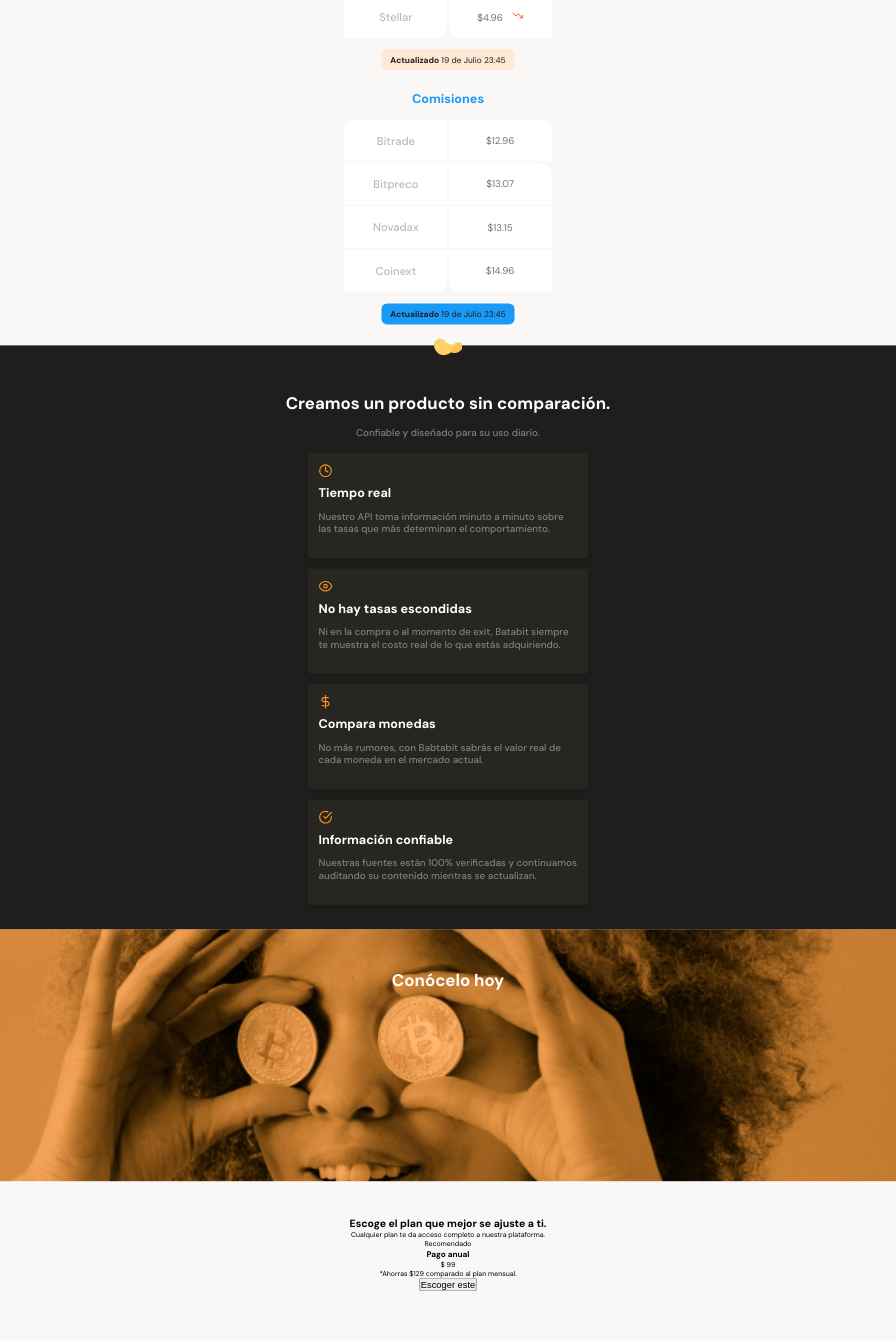
Repository: ChristianGecchelin/spa-full-css-html
Page: index.html
An editor plug-in stored every save of this project. The page is shown before and after the next save, followed by the edit.
The browser window is 1280 px wide. The pictures show the part of the page from y = 999 to 2919 px (the page is 2913 px tall before and 2919 px after), at 70% of full size.

Above is the page before, as saved 2021-11-29 21:10:48.

### index.html
<!DOCTYPE html>
<html lang="en">
  <head>
    <meta charset="UTF-8" />
    <meta http-equiv="X-UA-Compatible" content="IE=edge" />
    <meta name="viewport" content="width=device-width, initial-scale=1.0" />
    <title></title>
    <link rel="preconnect" href="https://fonts.googleapis.com" />
    <link rel="preconnect" href="https://fonts.gstatic.com" crossorigin />
    <link
      href="https://fonts.googleapis.com/css2?family=DM+Sans:wght@400;500;700&family=Inter:wght@300;500&display=swap"
      rel="stylesheet"
    />
    <link rel="stylesheet" href="./styles/styles.css" />
  </head>
  <!-- shift+alt+A para comentar -->
  <body>
    <header>
      <!-- Las etiquetas principales no necesitan ponerle clase porque solo hay una en el archivo -->
      <img src="./assets/img/logo.svg" alt="logo" />
      <div class="header--title-container">
        <h1>La próxima revolución en el intercambio de criptomonedas.</h1>
        <p>
          Batatabit te ayuda a navegar entre los diferentes precios y
          tendencias.
        </p>
        <a class="header--button" href="#plans"
          >Conoce Nuestros Planes <span></span
        ></a>
      </div>
    </header>
    <main>
      <section class="main-exchange-container">
        <div class="backgroundImg"></div>
        <div class="main-exchange-container--title">
          <h2>Visibilizamos todas las tasas de cambio.</h2>
          <p>
            Traemos información en tiempo real de las casas de cambio y las
            monedas más importantes del mundo.
          </p>
        </div>
        <section class="main-tables-container">
          <!-- creo otra seccion porque tengo mucha información para mostrar -->
          <div class="main-currency-table">
            <p class="currency-table--title">Monedas</p>
            <div class="currency-table--container">
              <table>
                <tr>
                  <!-- table row --><!-- table data, info de la tabla -->
                  <td class="table__top-left">Bitcoin</td>
                  <td class="table__top-right table__right">
                    $1.96 <span class="down"></span>
                  </td>
                </tr>
                <tr>
                  <td>Ethereum</td>
                  <td class="table__top-right table__right">
                    $0.07 <span class="up"></span>
                  </td>
                </tr>
                <tr>
                  <td>Ripple</td>
                  <td class="table__right">$2.17 <span class="down"></span></td>
                </tr>
                <tr>
                  <td class="table__bottom-left">Stellar</td>
                  <td class="table__bottom-right table__right">
                    $4.96 <span class="down"></span>
                  </td>
                </tr>
              </table>
            </div>
            <div class="currency-table--date">
              <p><b>Actualizado</b> 19 de Julio 23:45</p>
            </div>
          </div>
          <div class="main-comissions-table">
            <p class="comissions-table--title">Comisiones</p>
            <div class="comissions-table--container">
              <table>
                <tr>
                  <!-- table row --><!-- table data, info de la tabla -->
                  <td class="table__top-left">Bitrade</td>
                  <td class="table__top-right table__right">$12.96</td>
                </tr>
                <tr>
                  <td>Bitpreco</td>
                  <td class="table__top-right table__right">$13.07</td>
                </tr>
                <tr>
                  <td>Novadax</td>
                  <td class="table__right">$13.15</td>
                </tr>
                <tr>
                  <td class="table__bottom-left">Coinext</td>
                  <td class="table__bottom-right table__right">$14.96</td>
                </tr>
              </table>
            </div>
            <div class="comissions-table--date">
              <p><b>Actualizado</b> 19 de Julio 23:45</p>
            </div>
          </div>
        </section>
      </section>
      <section class="main-product-detail">
        <span class="product-detail--batata-logo"></span>
        <div class="product-detail--title">
          <h2>Creamos un producto sin comparación.</h2>
          <p>Confiable y diseñado para su uso diario.</p>
        </div>
        <section class="product-cards--container">
          <article class="product-detail--card">
            <span class="clock"></span>
            <p class="product--card-title">Tiempo real</p>
            <p class="product--card-body">
              Nuestro API toma información minuto a minuto sobre las tasas que
              más determinan el comportamiento.
            </p>
          </article>
          <article class="product-detail--card">
            <span class="eye"></span>
            <p class="product--card-title">No hay tasas escondidas</p>
            <p class="product--card-body">
              Ni en la compra o al momento de exit, Batabit siempre te muestra
              el costo real de lo que estás adquiriendo.
            </p>
          </article>
          <article class="product-detail--card">
            <span class="dollar"></span>
            <p class="product--card-title">Compara monedas</p>
            <p class="product--card-body">
              No más rumores, con Babtabit sabrás el valor real de cada moneda
              en el mercado actual.
            </p>
          </article>
          <article class="product-detail--card">
            <span class="check"></span>
            <p class="product--card-title">Información confiable</p>
            <p class="product--card-body">
              Nuestras fuentes están 100% verificadas y continuamos auditando su
              contenido mientras se actualizan.
            </p>
          </article>
        </section>
      </section>
      <section class="bitcoin-img-container">
        <h2>Conócelo hoy</h2>
      </section>
      <section id="plans" class="main-plans-container">
        <div class="plans--title">
          <h2>Escoge el plan que mejor se ajuste a ti.</h2>
          <p>Cualquier plan te da acceso completo a nuestra plataforma.</p>
        </div>
        <section class="plans-container--slider">
          <article class="plans-container--card">
            <p>Recomendado</p>
            <div>
              <h3>Pago anual</h3>
              <p><span>$</span> 99</p>
              <p>*Ahorras $129 comparado al plan mensual.</p>
              <button>Escoger este <span></span></button>
            </div>
          </article>
        </section>
      </section>
    </main>
    <footer></footer>
  </body>
</html>

### styles/styles.css
/* shift+alt+A para comentar */
/*  1° estilos relacionados a posicionamiento
    2° Modelo de caja (box model width height lo que da dimensión)
    3° Tipografías
    4° Visuales (sombras)
    5° Otros */
:root {
  /* colores (creo variables para no andar buscando los codigos */
  --bitcoin-orange: #f7931a;
  --soft-orange: #ffe9d5;
  --secondary-blue: #1a9af7;
  --soft-blue: #e7f5ff;
  --warm-black: #201e1c;
  --black: #282623;
  --grey: #bababa;
  --off-white: #faf8f7;
  --just-white: #fff;
}
* {
  box-sizing: border-box;
  margin: 0;
  padding: 0;
}
html {
  font-size: 62.5%;
  font-family: "DM Sans", sans-serif;
}
header {
  position: relative;
  display: flex;
  flex-direction: column;
  justify-content: center;
  width: 100%;
  min-width: 320px; /* dimensión más chica en moviles */
  height: 334px;
  text-align: center;
  background: linear-gradient(
    207.8deg,
    #201e1c 16.69%,
    #f7931a 100%
  ); /* el fondo con gradiente */
}
header img {
  width: 150px;
  height: 24px;
  margin-top: 60px;
  align-self: center; /* alineo al hijo (el padre debe tener flex) este caso es alineado horizontal porque el flex-direction es column */
}
.header--title-container {
  width: 90%; /* ocupa el 90% entre 288 y 900px */
  min-width: 288px;
  max-width: 900px;
  height: 218px;
  margin-top: 40px;
  text-align: center;
  align-self: center; /* centro el contenedor */
}
.header--title-container h1 {
  font-size: 2.4rem;
  font-weight: 700;
  line-height: 2.6rem;
  color: var(
    --just-white
  ); /* llamo la variable que cree en root para los colores */
}
.header--title-container p {
  margin-top: 25px;
  font-size: 1.4rem;
  font-weight: 500;
  line-height: 1.8rem;
  color: var(--soft-orange);
}
.header--title-container .header--button {
  position: absolute;
  top: 270px;
  left: calc(
    50% - 118px
  ); /* es importante dejar espacios entre el signo menos y los valores */
  display: block;
  margin-top: 35px;
  padding: 15px;
  width: 229px;
  height: 48px;
  background-color: var(--off-white);
  font-size: 1.4rem;
  font-weight: 700;
  text-decoration: none;
  color: var(--black);
  /* sombras */
  box-shadow: 0px 4px 8px rgba(89, 73, 30, 0.16);
  border: none;
  border-radius: 5px;
}
.header--button span {
  display: inline-block;
  width: 13px;
  height: 8px;
  margin-left: 10px;
  background-image: url(../assets/icons/down-arrow.svg);
}
main {
  width: 100%;
  height: auto;
  background-color: var(--off-white);
  min-width: 320px;
}
.main-exchange-container {
  width: 100%;
  height: auto;
  padding-top: 80px;
  padding-bottom: 30px;
  text-align: center;
}
.main-exchange-container--title {
  width: 90%;
  min-width: 288px;
  max-width: 900px;
  margin: 0 auto;
}
.main-exchange-container .backgroundImg {
  /* le tengo que dar dimensiones porque en el html la imagen no existe */
  width: 200px;
  height: 200px;
  margin: 0 auto;
  margin-bottom: 50px;
  background-image: url(../assets/img/Bitcoin.svg);
  background-size: cover;
  background-position: center;
  background-repeat: no-repeat; /* con estas propiedades de background garantizo que la imagen siempre va a estar centrada y que ocupe el espacio correcto */
}
.main-exchange-container h2 {
  margin-bottom: 30px;
  font-size: 2.4rem;
  font-weight: 700;
  line-height: 2.6rem;
  color: var(--black);
}
.main-exchange-container p {
  margin-bottom: 30px;
  font-size: 1.4rem;
  font-weight: 500;
  line-height: 1.6rem;
  color: #757575;
}
.main-currency-table .main-comissions-table {
  width: 70%;
  min-width: 235px;
  max-width: 500px;
  height: 360px;
  margin: 0 auto;
  font-family: "inter", "sans-serif";
}
.main-currency-table .currency-table--title,
.main-comissions-table .comissions-table--title {
  margin-bottom: 15px;
  font-size: 1.8rem;
  font-weight: bold;
  line-height: 2.3rem;
  color: var(--bitcoin-orange);
}
.main-comissions-table .comissions-table--title {
  margin-top: 30px;
  color: var(--secondary-blue);
}
.main-currency-table .currency-table--container,
.main-comissions-table .comissions-table--container {
  width: 90%;
  min-width: 230px;
  max-width: 300px;
  height: 250px;
  margin: 0 auto;
}
.currency-table--container table,
.comissions-table--container table {
  width: 100%;
  height: 100%;
}
.currency-table--container td,
.comissions-table--container td {
  width: 50%;
  font-size: 1.6rem;
  font-weight: 500;
  line-height: 1.9rem;
  color: var(--grey);
  background-color: var(--just-white);
}
.currency-table--container .table__top-left,
.comissions-table--container .table__top-left {
  border-radius: 15px 0 0 0;
}
.currency-table--container .table__top-right,
.comissions-table--container .table__top-right {
  border-radius: 0 15px 0 0;
}
.currency-table--container .table__bottom-left,
.comissions-table--container .table__bottom-left {
  border-radius: 0 0 15px 0;
}
.currency-table--container .table__bottom-right,
.comissions-table--container .table__bottom-right {
  border-radius: 0 0 0 15px;
}
.currency-table--container .table__right,
.comissions-table--container .table__right {
  font-size: 1.4rem;
  font-weight: normal;
  line-height: 1.7rem;
  color: #757575;
}
.currency-table--container .down,
.main-comissions-table .down {
  display: inline-block;
  width: 15px;
  height: 15px;
  margin-left: 10px;
  background-image: url(../assets/icons/trending-down.svg);
  background-size: cover;
  background-position: center;
  background-repeat: no-repeat;
}
.currency-table--container .up,
.main-comissions-table .up {
  display: inline-block;
  width: 15px;
  height: 15px;
  margin-left: 10px;
  background-image: url(../assets/icons/trending-up.svg);
  background-size: cover;
  background-position: center;
  background-repeat: no-repeat;
}
.currency-table--date,
.comissions-table--date {
  width: 190px;
  height: 30px;
  margin: 0 auto;
  margin-top: 15px;
  padding: 8px;
  background-color: var(--soft-orange);
  border-radius: 8px;
}
.comissions-table--date {
  background-color: var(--secondary-blue);
}
.currency-table--date p,
.comissions-table--date p {
  font-size: 1.2rem;
  line-height: 1.5rem;
  color: var(--warm-black);
  font-weight: 300;
}
.main-product-detail {
  position: relative;
  width: 100%;
  min-width: 320px;
  height: auto;
  padding: 20px 10px;
  background-color: var(--warm-black);
}
.product-detail--batata-logo {
  position: absolute;
  width: 40px;
  height: 25px;
  top: -10px;
  left: calc(50% - 20px); /* 20px porque es la mitad del width */
  background-image: url(../assets/icons/batata.svg);
}
.product-detail--title {
  width: 90%;
  min-width: 288px;
  height: auto;
  margin: 0 auto;
  margin-top: 50px;
  text-align: center;
}
.product-detail--title h2 {
  margin-bottom: 20px;
  font-size: 2.4rem;
  font-weight: 700;
  line-height: 2.6rem;
  color: var(--just-white);
}
.product-detail--title {
  margin-bottom: 20px;
  font-size: 1.4rem;
  font-weight: 500;
  line-height: 1.8rem;
  color: #808080;
}
.product-detail--card {
  width: 90%;
  min-width: 288px;
  max-width: 400px;
  height: 150px;
  margin: 15px auto;
  padding: 15px;
  background-color: var(--black);
  border-radius: 5px;
  box-shadow: 0 4px 8px rgba(0, 0, 0, 0.16);
}
.product-detail--card .clock {
  display: inline-block;
  width: 20px;
  height: 20px;
  margin-bottom: 10px;
  background-image: url(../assets/icons/clock.svg);
  background-size: cover;
  background-position: center;
  background-repeat: no-repeat;
}
.product-detail--card .eye {
  display: inline-block;
  width: 20px;
  height: 20px;
  margin-bottom: 10px;
  background-image: url(../assets/icons/eye.svg);
  background-size: cover;
  background-position: center;
  background-repeat: no-repeat;
}
.product-detail--card .dollar {
  display: inline-block;
  width: 20px;
  height: 20px;
  margin-bottom: 10px;
  background-image: url(../assets/icons/dollar-sign.svg);
  background-size: cover;
  background-position: center;
  background-repeat: no-repeat;
}
.product-detail--card .check {
  display: inline-block;
  width: 20px;
  height: 20px;
  margin-bottom: 10px;
  background-image: url(../assets/icons/check-circle.svg);
  background-size: cover;
  background-position: center;
  background-repeat: no-repeat;
}
.product--card-title {
  margin-bottom: 15px;
  font-size: 1.8rem;
  font-weight: 700;
  line-height: 1.8rem;
  color: var(--just-white);
}
.product--card-body {
  font-size: 1.4rem;
  font-weight: 500;
  line-height: 1.8rem;
  color: #808080;
}
.bitcoin-img-container {
  width: 100%;
  min-width: 320px;
  height: 50vh;
  background-image: url("../assets/img/bitcoinbaby2x.jpg");
  background-position: center;
  background-size: cover;
  background-repeat: no-repeat;
  text-align: center;
}
.bitcoin-img-container h2 {
  padding-top: 60px;
  font-size: 2.4rem;
  font-weight: 700;
  line-height: 2.6rem;
  color: var(--just-white);
}
.main-plans-container {
  width: 100%;
  min-width: 320px;
  padding-bottom: 70px;
  text-align: center;
}
.main-plans-container .plans--title {
  width: 90%;
  min-width: 288px;
  height: auto;
  margin: 0 auto;
}
.main-plans-container .plans--title h2 {
  margin-top: 50px;
}

After the next save:
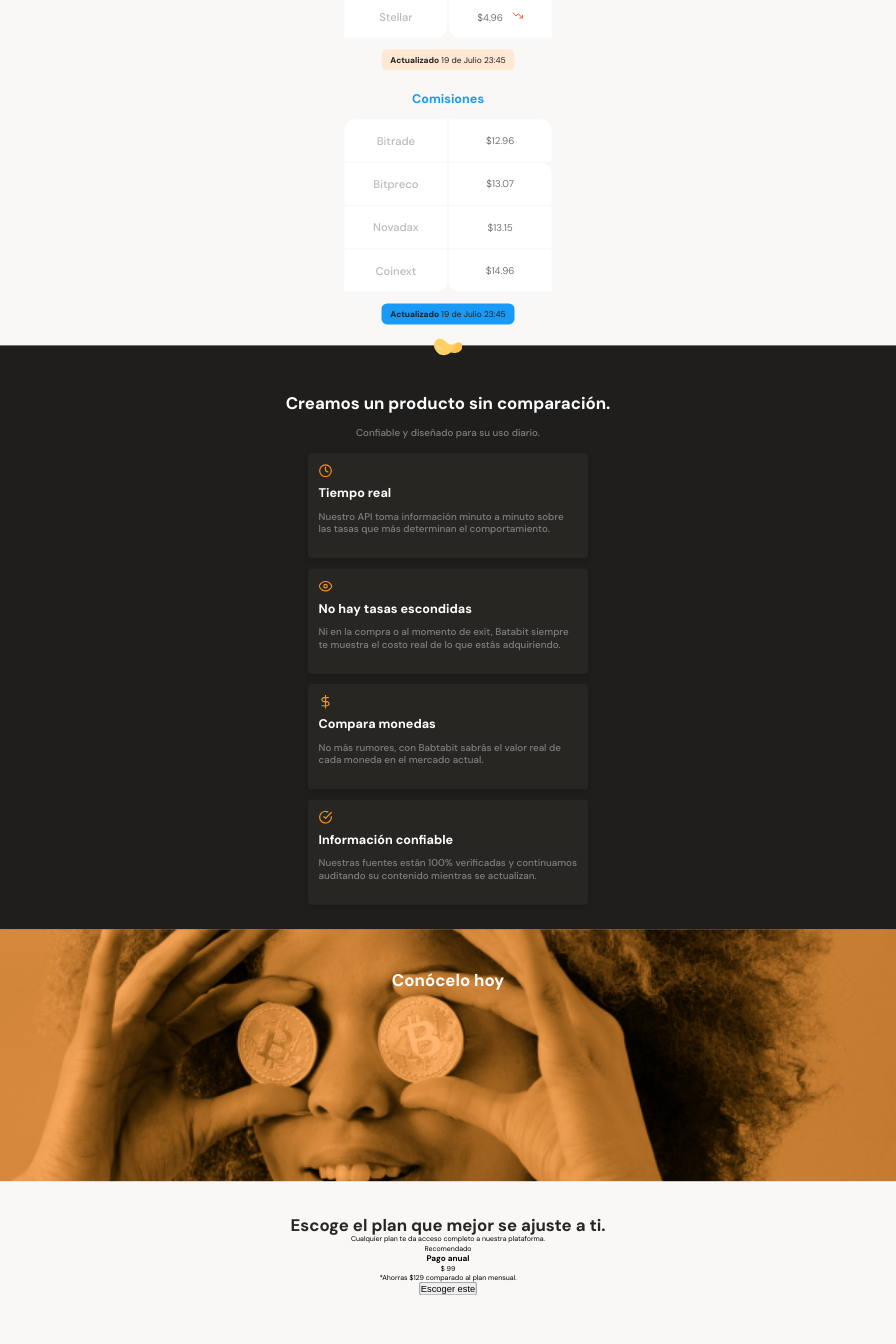
Saved 24 s later.
--- a/styles/styles.css
+++ b/styles/styles.css
@@ -382,4 +382,8 @@
 }
 .main-plans-container .plans--title h2 {
   margin-top: 50px;
-}
+  font-size: 2.4rem;
+  font-weight: 700;
+  line-height: 2.6rem;
+  color: var(--black);
+}
